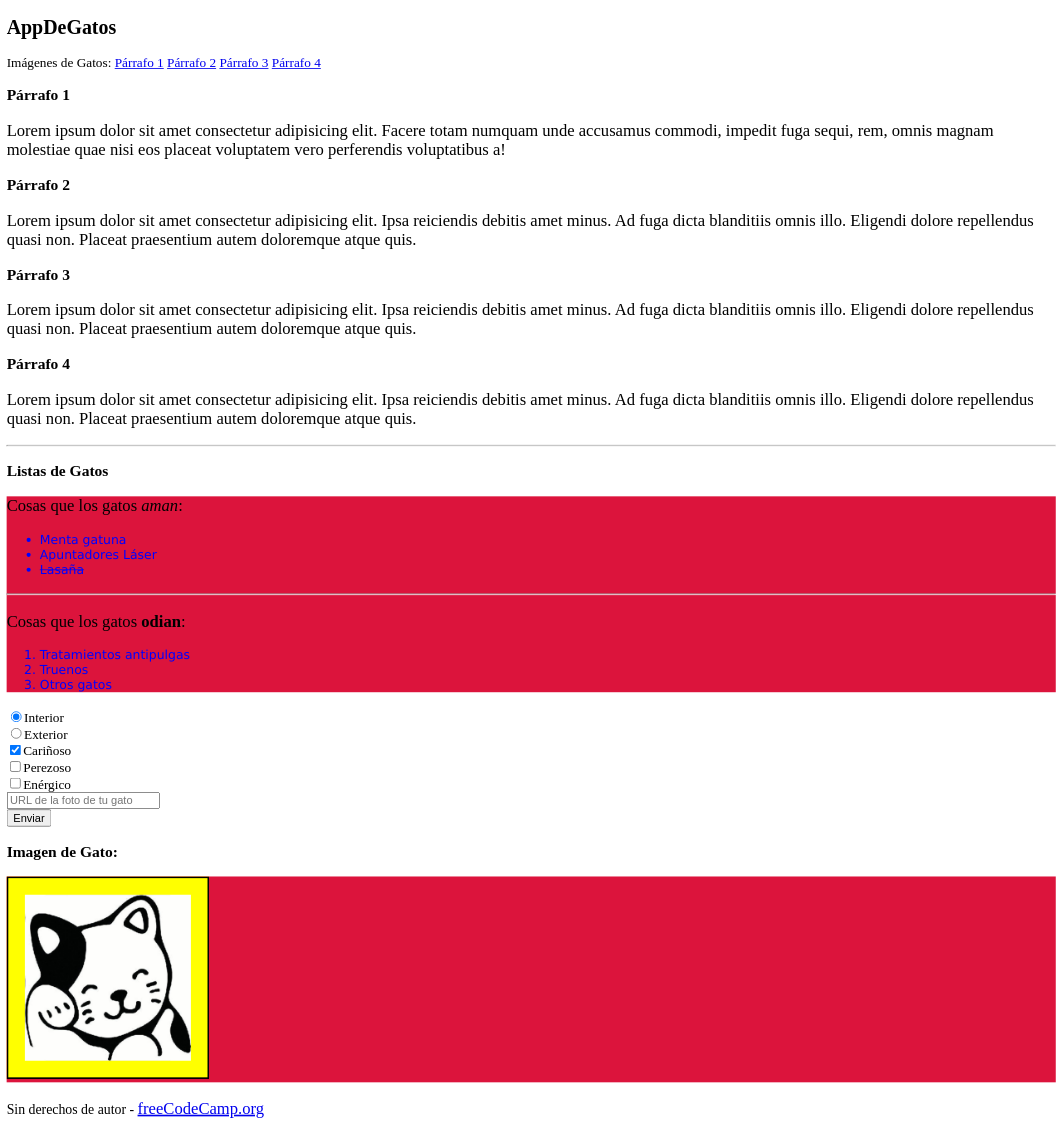
Repository: pedro-donoso/curso-html---css
Page: index.html
These files come from the project's save history. The page is drawn as it stood at one moment and after a run of saves; the edit follows.
The browser window is 1280 px wide. The pictures show the whole page, at 83% of full size.

Above is the page before, as saved 2023-11-16 10:58:40.

### index.html
<!DOCTYPE html>
<html lang="es">

<head>
  <meta charset="UTF-8">
  <meta name="viewport" content="width=device-width, initial-scale=1.0">
  <title>AppDeGatos</title>
  <link rel="stylesheet" href="./style.css">
</head>

<body>
  <h2>AppDeGatos</h2>
  <main <h3>Imágenes de Gatos:</h3>

    <a href="#parrafo-1">Párrafo 1</a>
    <a href="#parrafo-2">Párrafo 2</a>
    <a href="#parrafo-3">Párrafo 3</a>
    <a href="#parrafo-4">Párrafo 4</a>

    <h3 id="parrafo-1">Párrafo 1</h3>

    <p>Lorem ipsum dolor sit amet consectetur adipisicing elit. Facere totam numquam unde accusamus commodi, impedit
      fuga sequi, rem, omnis magnam molestiae quae nisi eos placeat voluptatem vero perferendis voluptatibus a!</p>

    <h3 id="parrafo-2">Párrafo 2</h3>

    <p>Lorem ipsum dolor sit amet consectetur adipisicing elit. Ipsa reiciendis debitis amet minus. Ad fuga dicta
      blanditiis omnis illo. Eligendi dolore repellendus quasi non. Placeat praesentium autem doloremque atque quis.</p>

    <h3 id="parrafo-3">Párrafo 3</h3>

    <p>Lorem ipsum dolor sit amet consectetur adipisicing elit. Ipsa reiciendis debitis amet minus. Ad fuga dicta
      blanditiis omnis illo. Eligendi dolore repellendus quasi non. Placeat praesentium autem doloremque atque quis.</p>

    <h3 id="parrafo-4">Párrafo 4</h3>

    <p>Lorem ipsum dolor sit amet consectetur adipisicing elit. Ipsa reiciendis debitis amet minus. Ad fuga dicta
      blanditiis omnis illo. Eligendi dolore repellendus quasi non. Placeat praesentium autem doloremque atque quis.</p>

    <hr>

    <h3>Listas de Gatos</h3>

    <div>
      <p>Cosas que los gatos <em>aman</em>:</p>
      <ul class="lista-de-gatos">
        <li>Menta gatuna</li>
        <li>Apuntadores Láser</li>
        <li><s>Lasaña</s></li>
      </ul>

      <hr>

      <p>Cosas que los gatos <strong>odian</strong>:</p>
      <ol class="lista-de-gatos">
        <li>Tratamientos antipulgas</li>
        <li>Truenos</li>
        <li>Otros gatos</li>
      </ol>
    </div>


    <form action="/enviar-respuesta">

      <!-- botones de radio -->
      <label for="interior">
        <input type="radio" value="interior" id="interior" name="interior-exterior" checked>Interior </label>

      <br>

      <label for="exterior"><input type="radio" value="exterior" id="exterior" name="interior-exterior">Exterior</label>

      <br>

      <!-- casilla de verificación -->
      <label for="carinoso"> <input type="checkbox" name="personalidad id=" carinoso" checked>Cariñoso</label>

      <br>

      <label for="perezoso"><input type="checkbox" name="personalidad" id="perezoso">Perezoso</label>

      <br>

      <label for="energico"><input type="checkbox" name="personalidad" id="energico">Enérgico</label>

      <br>

      <!-- texto y boton enviar -->
      <input type="text" placeholder="URL de la foto de tu gato" required>

      <br>

      <button type="submit">Enviar</button>
    </form>

    <h3>Imagen de Gato:</h3>
    <div>
      <a href="https://www.freecodecamp.org/espanol/" target="_blank" rel="noopener noreferrer"><img
          src="./assets/img/gato.jpg" alt="gato"></a>
    </div>

  </main>

  <footer>
    <p><small>Sin derechos de autor - <a href="https://www.freecodecamp.org/español/"></small>freeCodeCamp.org</a></p>
  </footer>

</body>

</html>

### style.css
p,
ul,
ol {
  font-size: 20px;
}

li {
  color: blue;
  font-size: 15px;
  font-family: Verdana;
}

img {
  padding: 20px ;
  background-color: yellow;
  border-width: 2px;
  border-color: black;
  border-style: solid;
  width: 200px;
}

div{
  background-color: crimson;
}

After the next 4 saves:
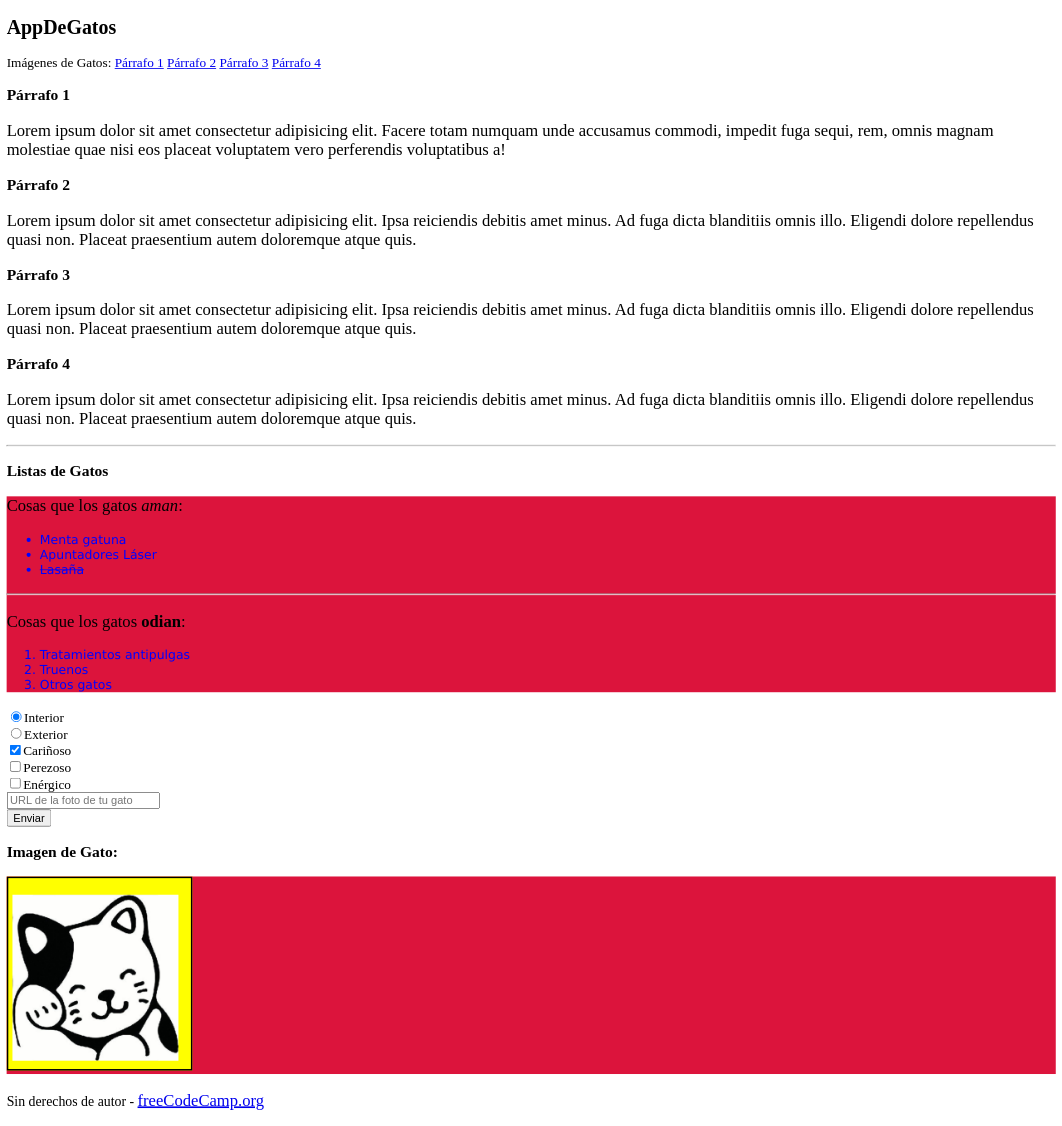
The 4 saves are shown as one change because they came seconds apart.
The last was saved 11 s later.
--- a/style.css
+++ b/style.css
@@ -11,7 +11,7 @@
 }
 
 img {
-  padding: 20px ;
+  padding: 20px 15px 10px 5px;
   background-color: yellow;
   border-width: 2px;
   border-color: black;
